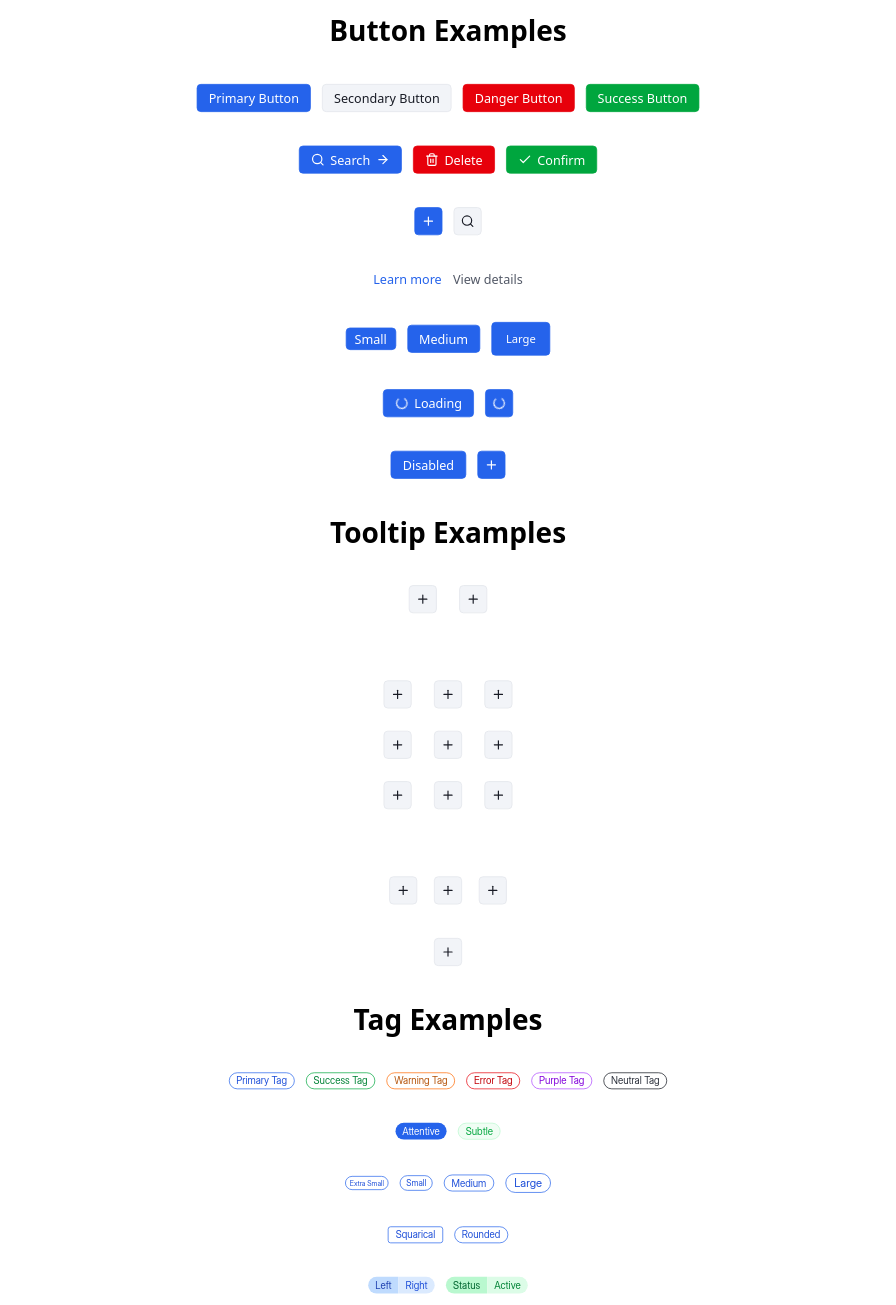
Repository: vinit-juspay/design-system
Page: /
An editor plug-in stored every save of this project. The page is shown before and after the next save, followed by the edit.
The browser window is 1280 px wide. The pictures show the whole page, at 70% of full size.
Some web fonts or font styles are not loaded; a fallback is used. The project was rebuilt for these pictures with package versions that can differ from the ones it lists, and the page was loaded fresh each time. Also part of the build but not shown: vite.config.ts, src/components/button/Button.utils.ts, src/components/button/Button.tsx.

Above is the page before, as saved 2025-04-05 18:55:27.

After the next save:
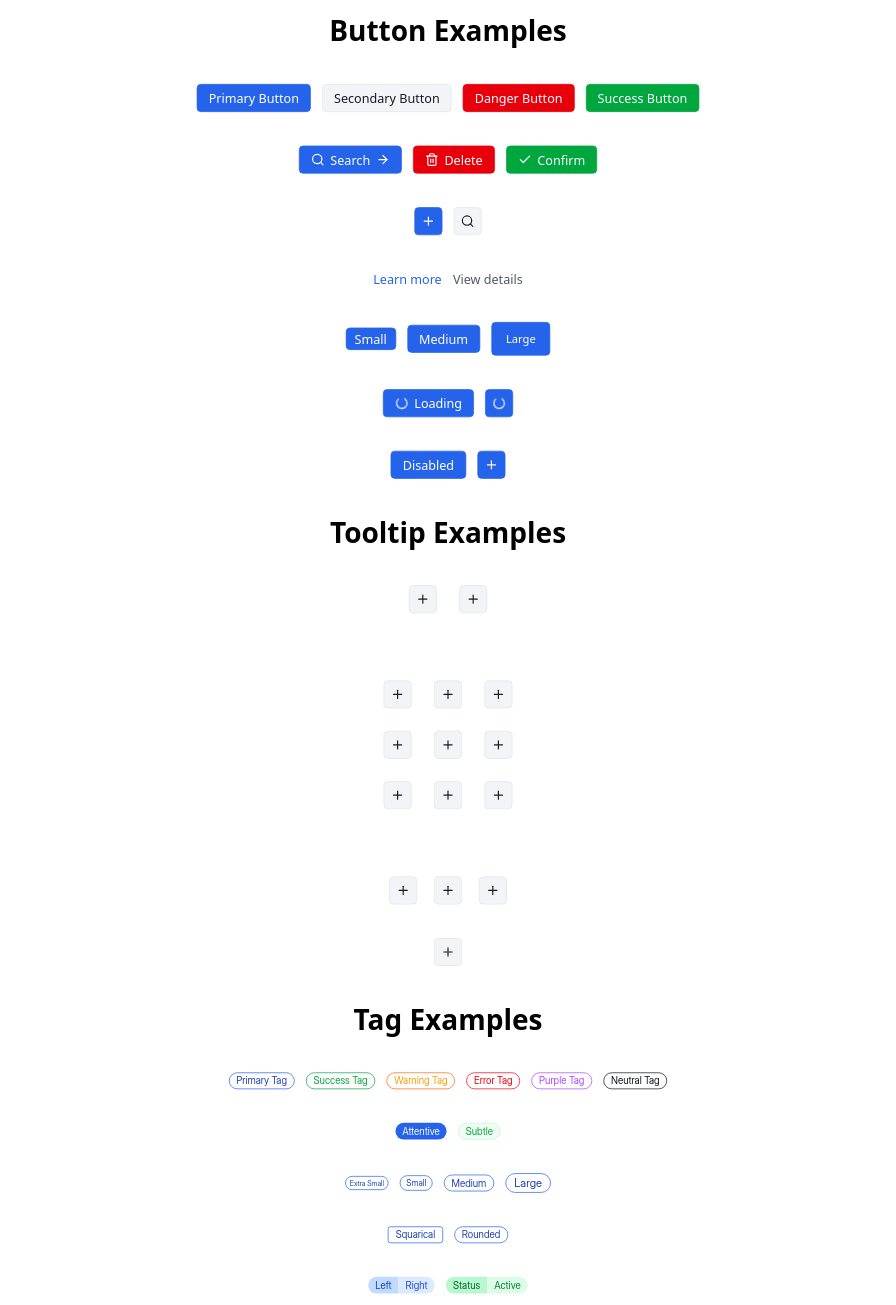
Saved 36 s later.
--- a/lib/themeConfig.ts
+++ b/lib/themeConfig.ts
@@ -79,12 +79,12 @@ export const themeConfig = {
     tag: {
       variant: {
         noFill: {
-          neutral: 'bg-gray-0 text-gray-700 border border-gray-950',
-          primary: 'bg-gray-0 text-blue-700 border border-blue-600',
-          success: 'bg-gray-0 text-green-700 border border-green-600',
-          error: 'bg-gray-0 text-red-700 border border-red-600',
-          warning: 'bg-gray-0 text-amber-700 border border-orange-500',
-          purple: 'bg-gray-0 text-purple-700 border border-purple-500'
+          neutral: 'bg-gray-0 text-gray-950 border border-gray-950',
+          primary: 'bg-gray-0 text-blue-800 border border-blue-600',
+          success: 'bg-gray-0 text-green-600 border border-green-600',
+          error: 'bg-gray-0 text-red-600 border border-red-600',
+          warning: 'bg-gray-0 text-amber-500 border border-orange-500',
+          purple: 'bg-gray-0 text-purple-500 border border-purple-500'
         },
         attentive: {
           neutral: 'bg-gray-950 text-gray-0',
